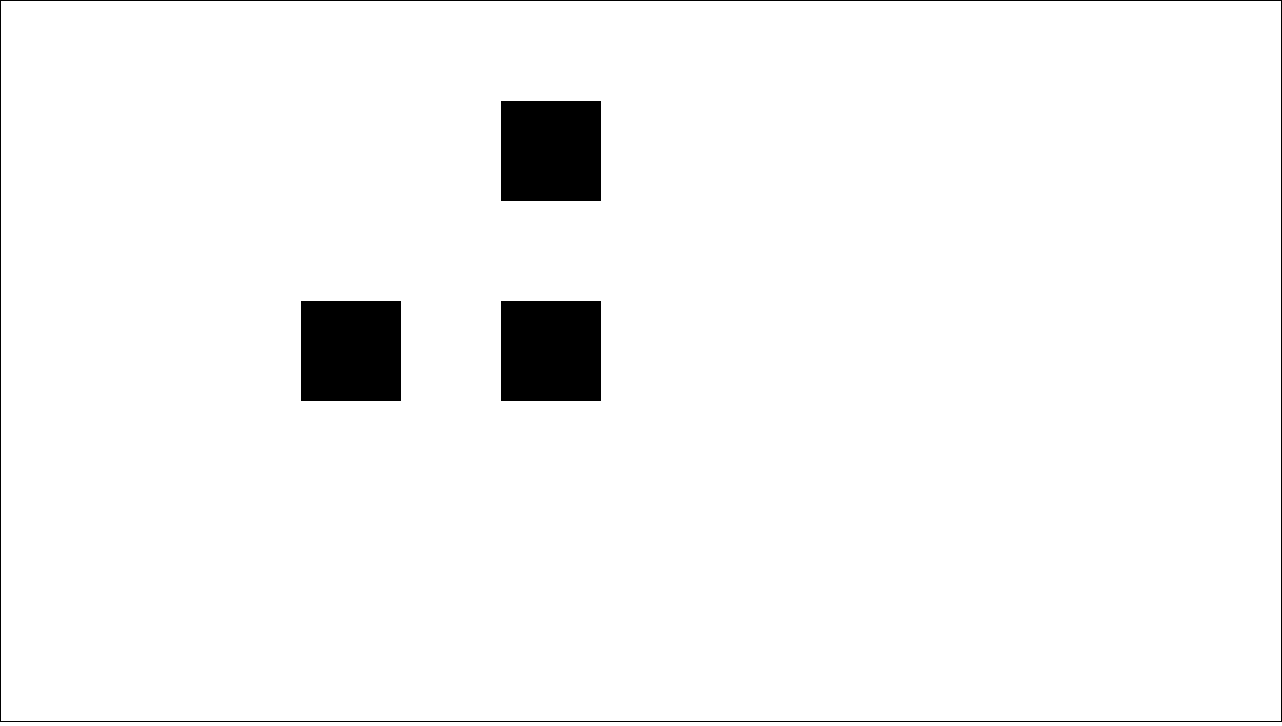
Repository: badhon252/Javascript-practice
Page: 1projects/JavaScript30/08 - Fun with HTML5 Canvas/index-START.html
These files come from the project's save history. The page is drawn as it stood at one moment and after the next save; the edit follows.
The browser window is 1280 px wide. The page is 1282 px wide, so the pictures cover 1282 px, including what lies to the right of the window. The pictures show the whole page.

Above is the page before, as saved 2022-12-02 23:34:25.

After the next save:
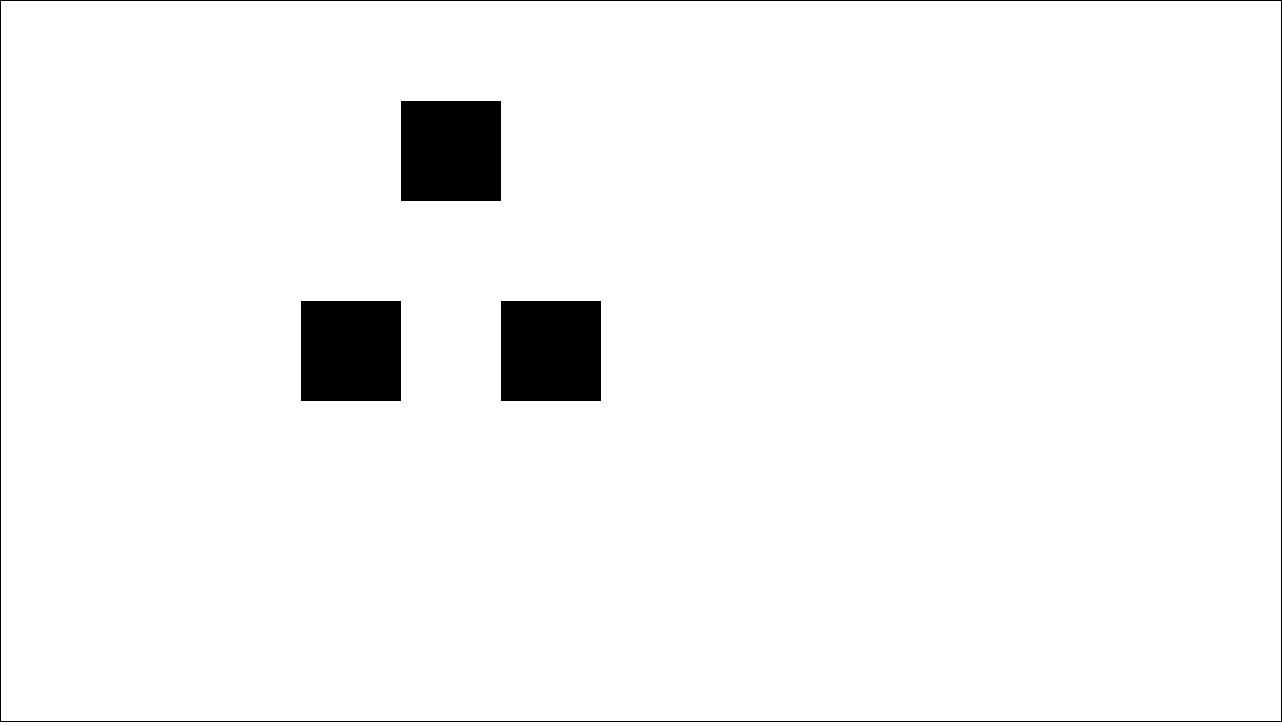
Saved 7 s later.
--- a/1projects/JavaScript30/08 - Fun with HTML5 Canvas/index-START.html
+++ b/1projects/JavaScript30/08 - Fun with HTML5 Canvas/index-START.html
@@ -32,7 +32,7 @@
         canvas.height = window.innerHeight;
 
         // ctx.fillRect(x, y, width, height)
-        ctx.fillRect(500, 100, 100, 100);
+        ctx.fillRect(400, 100, 100, 100);
         ctx.fillRect(300, 300, 100, 100);
         ctx.fillRect(500, 300, 100, 100);
     </script>
